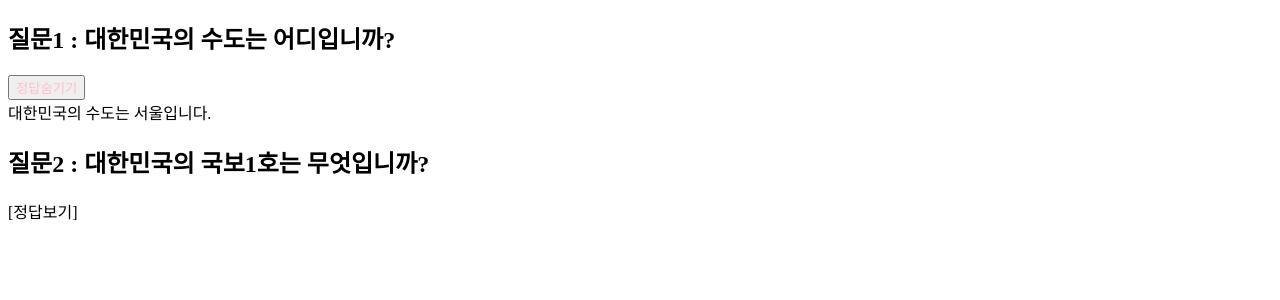
Repository: yoojisoo/YONSAI
Page: http://localhost/teatJava/html/script05.jsp
An editor plug-in stored every save of this project. The page is shown before and after the next save, followed by the edit.
The browser window is 1280 px wide. The pictures show the whole page.
After loading, the first visible `button.q1` was clicked once.
The page is served by Tomcat 9.

Above is the page before, as saved 2021-08-20 06:15:10.

After the next save:
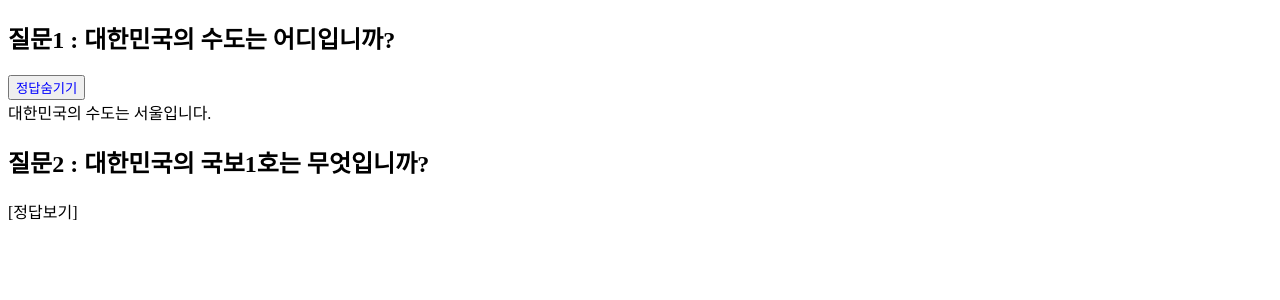
Saved 14 s later.
--- a/jsworkspace/teatJava/src/main/webapp/html/script05.jsp
+++ b/jsworkspace/teatJava/src/main/webapp/html/script05.jsp
@@ -15,7 +15,7 @@
 				if(count1%2==1){
 					$("ans.q1").show();
 					$("button.q1").text("정답숨기기");
-					$("button.q1").css({"color":"pink"});
+					$("button.q1").css({"color":"blue"});
 
 				}else{
 					$("ans.q1").hide();
